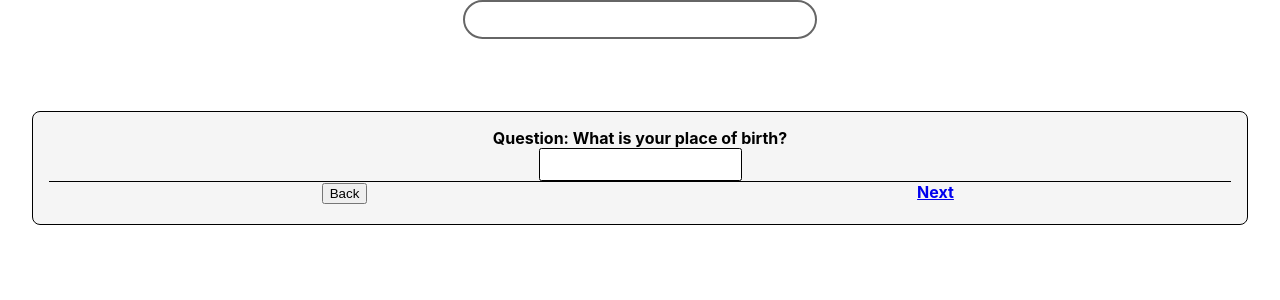
Repository: TheRungtaLibrary/survey
Page: /steps/2
The author's editor kept a copy of each file at every save. The page is drawn from the files as they stood at one save, then again after the next save.
The browser window is 1280 px wide. The pictures show the whole page.
The project was rebuilt for these pictures with package versions that can differ from the ones it lists, and the page was loaded fresh each time. Also part of the build but not shown: src/App.css, src/components/Steps/Step1/Step1.js, src/components/Steps/Step3/Step3.js, src/components/Steps/Summary/Summary.scss, src/components/Steps/Summary/Summary.js.

Above is the page before, as saved 2020-03-19 08:51:16.

After the next save:
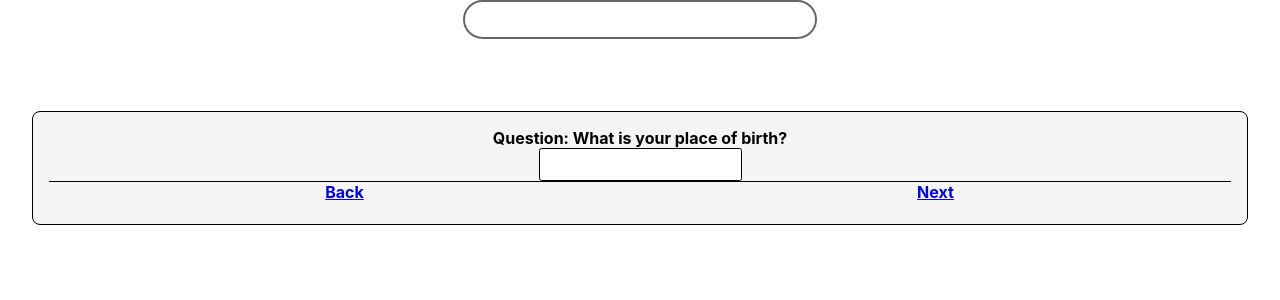
Saved 35 s later.
--- a/src/components/Steps/Step2/Step2.js
+++ b/src/components/Steps/Step2/Step2.js
@@ -28,7 +28,7 @@ const Step2 = () => {
         <input type="text" onChange={e => {setPlace(e.target.value)}} required/>
         <div className="nav-footer">
           <div>
-            <button>Back</button>
+          <Link to="/steps/2" onClick={onSubmit}>Back</Link>
           </div>
           <div>
             <Link to="/steps/3" onClick={onSubmit}>Next</Link>
